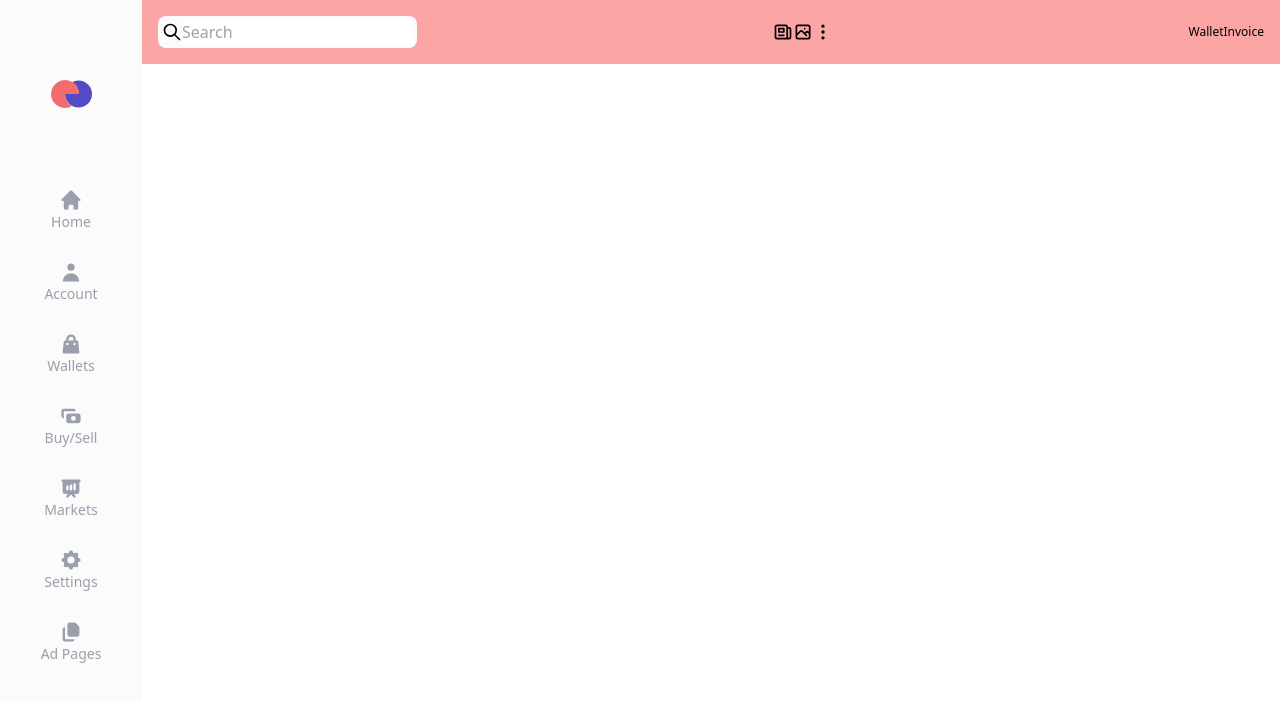
Repository: almaqdad55/crypto-app-nextjs
Page: /
The author's editor kept a copy of each file at every save. The page is drawn from the files as they stood at one save, then again after the next save.
The browser window is 1280 px wide. The pictures show the whole page.
The project was rebuilt for these pictures with package versions that can differ from the ones it lists, and the page was loaded fresh each time. The framework's server and built-in components were replaced by stand-ins that run in the browser.

Above is the page before, as saved 2022-01-04 20:06:07.

After the next save:
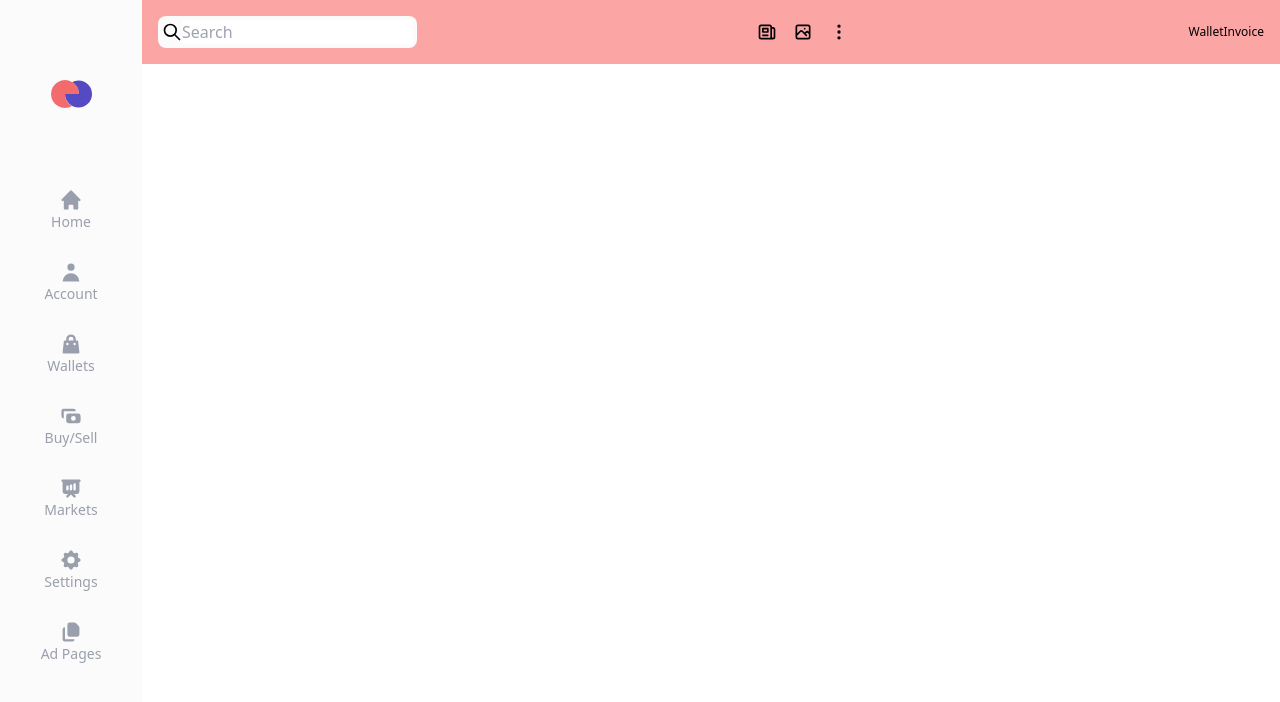
Saved 7 s later.
--- a/components/Feed.jsx
+++ b/components/Feed.jsx
@@ -14,7 +14,7 @@ const Feed = () => {
           <SearchIcon className="h-5" />
           <input type="text" placeholder={`Search`} className="outline-none" />
         </div>
-        <div className="flex items-center justify-between">
+        <div className="flex space-x-4">
           <NewspaperIcon className="h-5" />
           <PhotographIcon className="h-5" />
           <DotsVerticalIcon className="h-5" />
